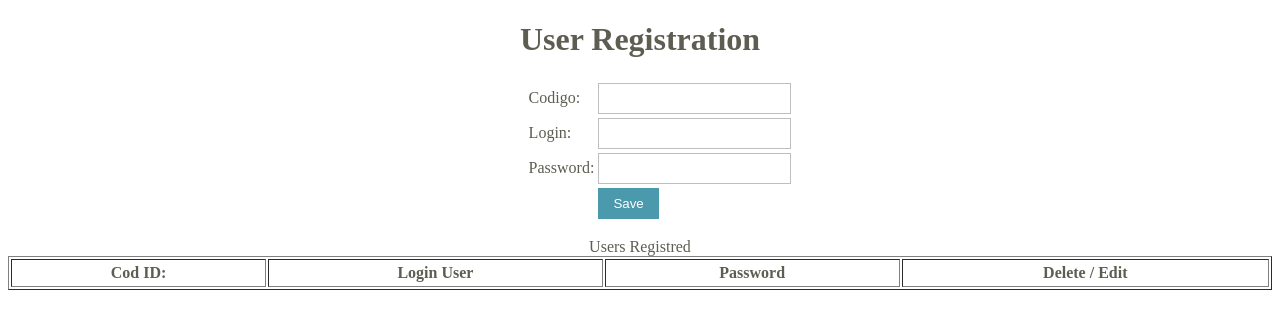
Repository: ViniciusBeletella/project-jsp
Page: http://localhost/project-jsp/userRegistration.jsp
These files come from the project's save history. The page is drawn as it stood at one moment and after the next save; the edit follows.
The browser window is 1280 px wide. The pictures show the whole page.
The page is served by Tomcat 9.

Above is the page before, as saved 2019-12-20 22:58:17.

After the next save:
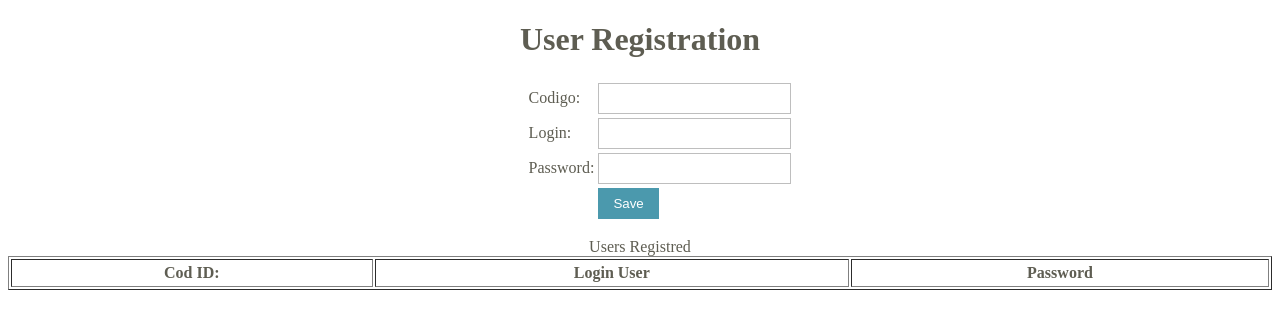
Saved 42 min 1 s later.
--- a/project-jsp/WebContent/userRegistration.jsp
+++ b/project-jsp/WebContent/userRegistration.jsp
@@ -53,7 +53,6 @@
 				<th>Cod ID:</th>
 				<th>Login User</th>
 				<th>Password</th>
-				<th>Delete / Edit</th>
 			</tr>
 			<c:forEach items="${users}" var="userL">
 				<tr>
@@ -63,7 +62,7 @@
 					<td><c:out value="${user.password}"></c:out></td>
 					<td><a href="saveUser?acao=delete&user=${userL.login}">Delete</a>
 					</td>
-					<td><a href="saveUser?acao=edit&user=${userL.login}">Edit</a></td>
+					<th>Delete / Edit<td><a href="saveUser?acao=edit&user=${userL.login}">Edit</a></td></th>
 
 				</tr>
 

After the 2 saves that followed:
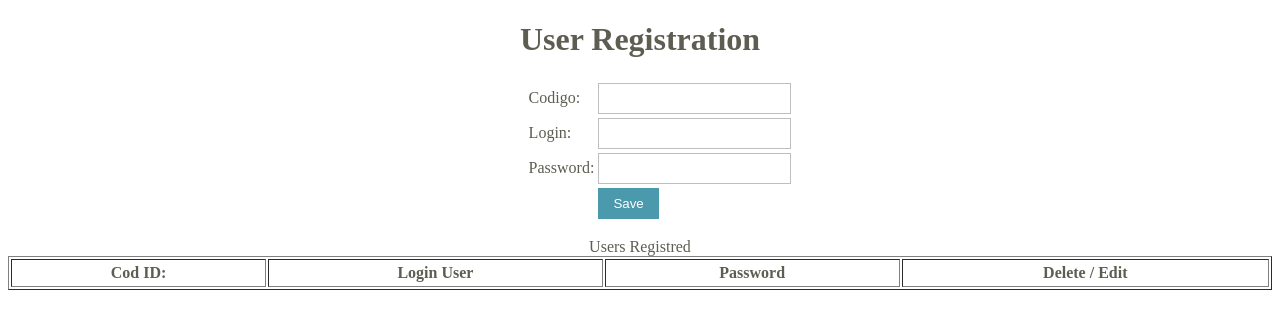
The 2 saves are shown as one change because 1 left the picture as it was.
The last was saved 59 s later.
--- a/project-jsp/WebContent/userRegistration.jsp
+++ b/project-jsp/WebContent/userRegistration.jsp
@@ -53,6 +53,7 @@
 				<th>Cod ID:</th>
 				<th>Login User</th>
 				<th>Password</th>
+				<th>Delete / Edit</th>
 			</tr>
 			<c:forEach items="${users}" var="userL">
 				<tr>
@@ -62,7 +63,7 @@
 					<td><c:out value="${user.password}"></c:out></td>
 					<td><a href="saveUser?acao=delete&user=${userL.login}">Delete</a>
 					</td>
-					<th>Delete / Edit<td><a href="saveUser?acao=edit&user=${userL.login}">Edit</a></td></th>
+					<td><a href="saveUser?acao=edit&user=${userL.login}">Edit</a></td>
 
 				</tr>
 
